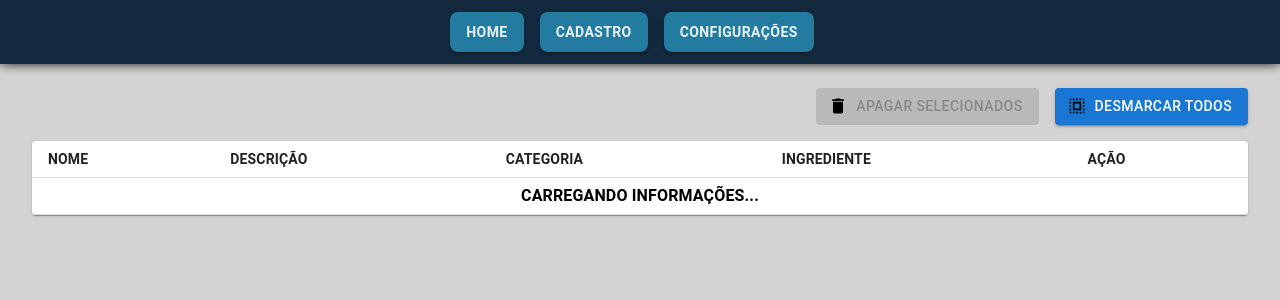
Repository: oZanella/projeto_windel_web_CRM
Page: /
These files come from the project's save history. The page is drawn as it stood at one moment and after the next save; the edit follows.
The browser window is 1280 px wide. The pictures show the whole page.
The page's requests for data from a server got no answer. The project was rebuilt for these pictures with package versions that can differ from the ones it lists, and the page was loaded fresh each time. No one was signed in, and anything a server would have sent is missing. Also part of the build but not shown: vite.config.js, src/routes/Configuracoes.jsx. Imported but missing from the stored project, and not drawn on this page: src/routes/Cadastro.jsx.

Above is the page before, as saved 2024-08-19 09:30:53.

After the next save:
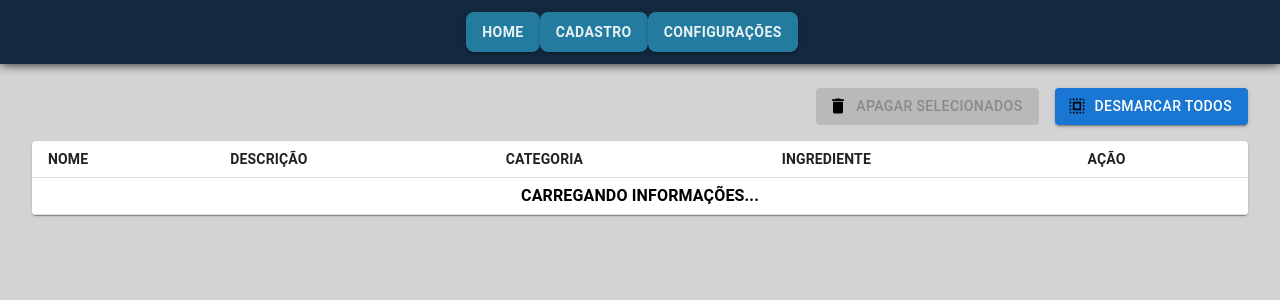
Saved 32 s later.
--- a/src/components/Header.jsx
+++ b/src/components/Header.jsx
@@ -35,7 +35,6 @@ export const Header = () => {
         <Box
           sx={{
             mr: { xs: 0, sm: 2 },
-            gap: 2,
             display: 'flex',
             alignItems: 'center',
             flexGrow: { xs: 1, sm: 1 },
